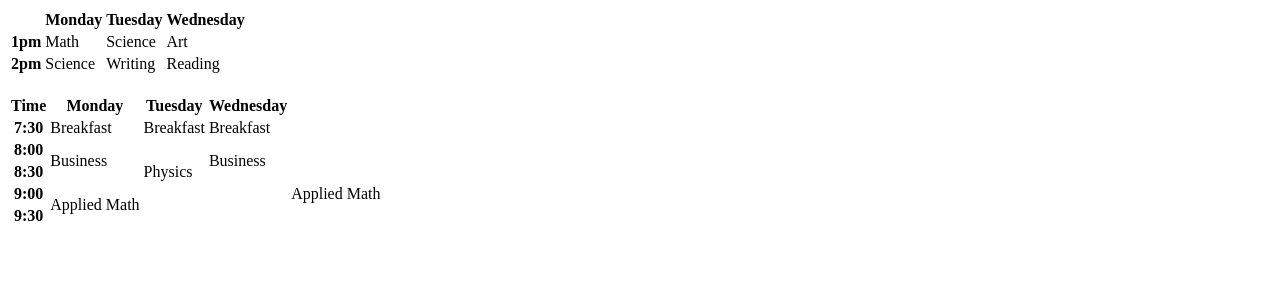
Repository: jefflai0412/website_design
Page: task1.html
The author's editor kept a copy of each file at every save. The page is drawn from the files as they stood at one save, then again after the next save.
The browser window is 1280 px wide. The pictures show the whole page.

Above is the page before, as saved 2024-10-18 13:42:05.

### task1.html
<!DOCTYPE html>
<html lang="en">
<head>
    <meta charset="UTF-8">
    <meta name="viewport" content="width=device-width, initial-scale=1.0">
    <title>Document</title>
</head>
<body>
    <table>
        <tr>
            <th></th>
            <th>Monday</th>
            <th>Tuesday</th>
            <th>Wednesday</th>
        </tr>

        <tr>
            <th scope="row">1pm</th>
            <td>Math</td>
            <td>Science</td>
            <td>Art</td>
        </tr>

        <tr>
            <th scope="row">2pm</th>
            <td>Science</td>
            <td>Writing</td>
            <td>Reading</td>
        </tr>
    </table>

    <br>

    <table>
        <tr>
            <th>Time</th>
            <th>Monday</th>
            <th>Tuesday</th>
            <th>Wednesday</th>
        </tr>
        <tr>
            <th scope="row">7:30</th>
            <td>Breakfast</td>
            <td>Breakfast</td>
            <td>Breakfast</td>
        </tr>
        <tr>
            <th scope="row">8:00</th>
            <td rowspan="2">Business</td>
            <td rowspan="3">Physics</td>
            <td rowspan="2">Business</td>
        </tr>
        <tr>
            <th scope="row">8:30</th>
            <td></td>
        </tr>
        <tr>
            <th scope="row">9:00</th>
            <td rowspan="2">Applied Math</td>
            <td></td>
            <td>Applied Math</td>
        </tr>

        <tr>
            <th scope="row">9:30</th>
            <td></td>
        </tr>
    </table>
</body>
</html>

After the next save:
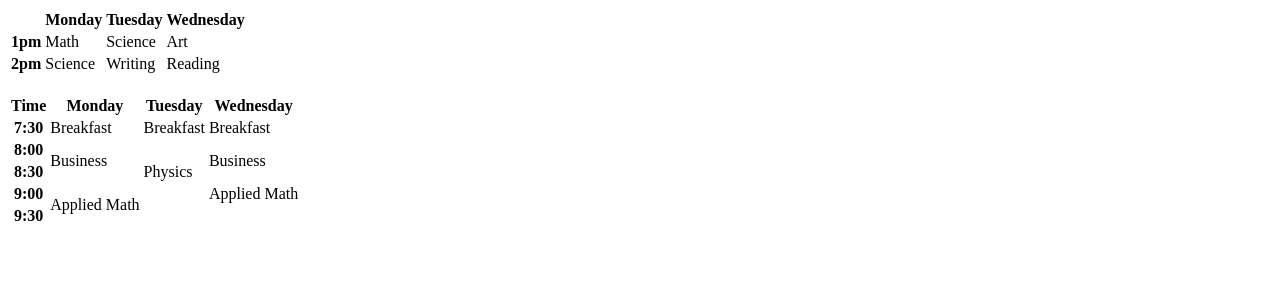
Saved 11 s later.
--- a/task1.html
+++ b/task1.html
@@ -57,7 +57,6 @@
         <tr>
             <th scope="row">9:00</th>
             <td rowspan="2">Applied Math</td>
-            <td></td>
             <td>Applied Math</td>
         </tr>
 
